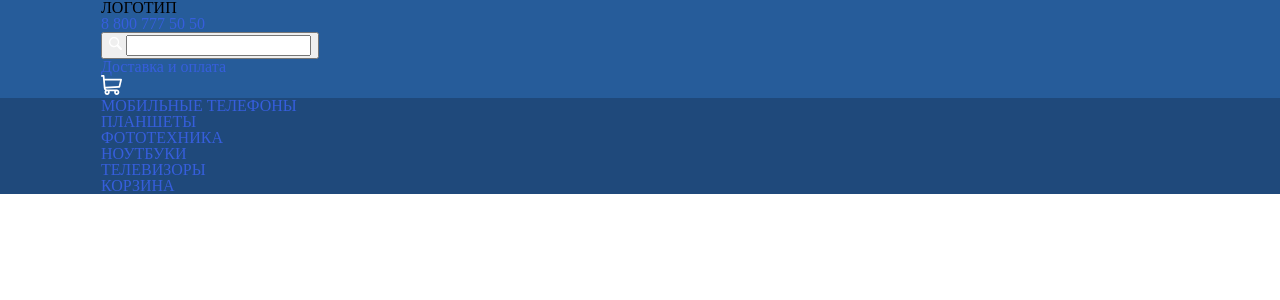
Repository: sem1103/WEBCompany
Page: index.html
The author's editor kept a copy of each file at every save. The page is drawn from the files as they stood at one save, then again after the next save.
The browser window is 1280 px wide. The pictures show the whole page.

Above is the page before, as saved 2024-01-11 18:34:19.

### index.html
<!DOCTYPE html>
<html lang="en">

<head>
    <meta charset="UTF-8">
    <meta name="viewport" content="width=device-width, initial-scale=1.0">
    <title>Интернет магазин</title>

    <link rel="preconnect" href="https://fonts.googleapis.com">
    <link rel="preconnect" href="https://fonts.gstatic.com" crossorigin>
    <link href="https://fonts.googleapis.com/css2?family=PT+Sans:wght@400;700&display=swap" rel="stylesheet">

    <link rel="stylesheet" href="styles/reset.css">
    <link rel="stylesheet" href="styles/main.css">
</head>

<body>
    <div id="page">
        <header>
            <div class="container">
                <div class="header__logo">
                    <span>ЛОГОТИП</span>
                </div>
                <p class="phone__number"><a href="tel:+78007775050">8 800 777 50 50</a></p>
                <div class="search__items">
                    <button>
                        <svg xmlns="http://www.w3.org/2000/svg" width="13" height="13" viewBox="0 0 13 13" fill="none">
                            <path
                                d="M8.68135 1.48741C6.69814 -0.495804 3.4703 -0.495804 1.48709 1.48741C-0.495696 3.47106 -0.495696 6.69846 1.48709 8.6821C3.2532 10.4478 6.00382 10.6369 7.98574 9.25819C8.02744 9.45553 8.12289 9.64383 8.27637 9.79731L11.1646 12.6855C11.5855 13.1055 12.2656 13.1055 12.6843 12.6855C13.1048 12.265 13.1048 11.5849 12.6843 11.1657L9.79613 8.27669C9.64351 8.1245 9.45477 8.02863 9.25744 7.98692C10.6371 6.00457 10.4479 3.25438 8.68135 1.48741ZM7.76949 7.77024C6.28885 9.25089 3.87916 9.25089 2.39895 7.77024C0.919166 6.2896 0.919166 3.88034 2.39895 2.3997C3.87916 0.919489 6.28885 0.919489 7.76949 2.3997C9.25013 3.88034 9.25013 6.2896 7.76949 7.77024Z"
                                fill="white" />
                        </svg>
                        <input type="text" name="itemName">
                    </button>
                </div>
                <p class="delivery"><a href="">Доставка и оплата</a></p>
                <a href="" class="mobile__cart">
                    <svg xmlns="http://www.w3.org/2000/svg" width="21" height="20" viewBox="0 0 21 20" fill="none">
                        <path d="M20.1372 3.64139H3.71775L3.47368 0.816059C3.43376 0.354025 3.0611 0 2.61469 0H0.862433C0.386124 0 0 0.401223 0 0.896159C0 1.39109 0.386124 1.79232 0.862433 1.79232H1.82622C2.35292 7.8897 0.991675 -7.86977 2.81815 13.2755C2.88854 14.1031 3.31889 15.0012 4.06025 15.6114C2.72361 17.3851 3.94489 20 6.11917 20C7.92379 20 9.19662 18.1298 8.57776 16.3584H13.298C12.6799 18.1275 13.95 20 15.7566 20C17.1983 20 18.3713 18.7812 18.3713 17.2831C18.3713 15.7849 17.1983 14.5661 15.7566 14.5661H6.125C5.46988 14.5661 4.89899 14.1554 4.65258 13.557L18.4354 12.7153C18.8117 12.6924 19.13 12.4181 19.2215 12.0381L20.9739 4.75489C21.1097 4.19014 20.6983 3.64139 20.1372 3.64139ZM6.11917 18.2077C5.62857 18.2077 5.22939 17.7929 5.22939 17.2831C5.22939 16.7732 5.62857 16.3584 6.11917 16.3584C6.60981 16.3584 7.009 16.7732 7.009 17.2831C7.009 17.7929 6.60981 18.2077 6.11917 18.2077ZM15.7565 18.2077C15.2659 18.2077 14.8667 17.7929 14.8667 17.2831C14.8667 16.7732 15.2659 16.3584 15.7565 16.3584C16.2472 16.3584 16.6464 16.7732 16.6464 17.2831C16.6464 17.7929 16.2472 18.2077 15.7565 18.2077ZM17.7018 10.9648L4.42042 11.7758L3.87257 5.43367H19.0326L17.7018 10.9648Z" fill="white"/>
                      </svg>
                </a>
            </div>

            <nav>
                <ul class="container">
                    <li><a href="">МОБИЛЬНЫЕ ТЕЛЕФОНЫ</a></li>
                    <li><a href="">ПЛАНШЕТЫ</a></li>
                    <li><a href="">ФОТОТЕХНИКА</a></li>
                    <li><a href="">НОУТБУКИ</a></li>
                    <li><a href="">ТЕЛЕВИЗОРЫ</a></li>

                    <li class="desc__cart"><a href="">КОРЗИНА</a></li>
                </ul>
            </nav>
        </header>
    </div>
</body>

</html>

### styles/reset.css
:root{
    --green: #57aa32;
    --gray: #2e2d2c;
}
html{
    scroll-behavior: smooth;
}
html,
body,
div,
span,
applet,
object,
iframe,
h1,
h2,
h3,
h4,
h5,
h6,
p,
blockquote,
pre,
a,
abbr,
acronym,
address,
big,
cite,
code,
del,
dfn,
em,
img,
ins,
kbd,
q,
s,
samp,
small,
strike,
strong,
sub,
sup,
tt,
var,
b,
u,
i,
center,
dl,
dt,
dd,
ol,
ul,
li,
fieldset,
form,
label,
legend,
table,
caption,
tbody,
tfoot,
thead,
tr,
th,
td,
article,
aside,
canvas,
details,
embed,
figure,
figcaption,
footer,
header,
hgroup,
menu,
nav,
output,
ruby,
section,
summary,
time,
mark,
audio,
video {
    margin: 0;
    padding: 0;
    border: 0;
    font-size: 100%;
    font: inherit;
    vertical-align: baseline
}

article,
aside,
details,
figcaption,
figure,
footer,
header,
hgroup,
menu,
nav,
section {
    display: block
}

body {
    line-height: 1;
}

ol,
ul {
    list-style: none
}

blockquote,
q {
    quotes: none
}

blockquote:before,
blockquote:after,
q:before,
q:after {
    content: '';
    content: none
}

table {
    border-collapse: collapse;
    border-spacing: 0
}

a {
    text-decoration: none;
    color: #365edc;
    transition: all .3s ease-in-out
}

a:hover {
    color: #365edc;
}

* {
    box-sizing: border-box
}

main img{
    width: 100%;
    height: auto;
}

### styles/main.css

:root{
   --blue: #265C9A;
   --darkBlue: #1F497B;
}
.container{
    max-width: 1078px;
    margin: 0 auto;
}
header{
    background: var(--blue);
}
nav{
    background: var(--darkBlue);
}

After the next save:
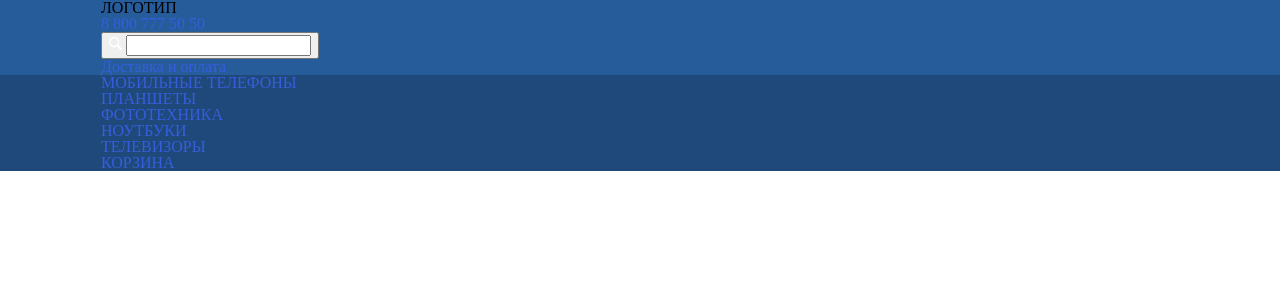
Saved 9 s later.
--- a/styles/main.css
+++ b/styles/main.css
@@ -13,3 +13,8 @@ header{
 nav{
     background: var(--darkBlue);
 }
+
+
+.mobile__cart{
+    display: none;
+}
